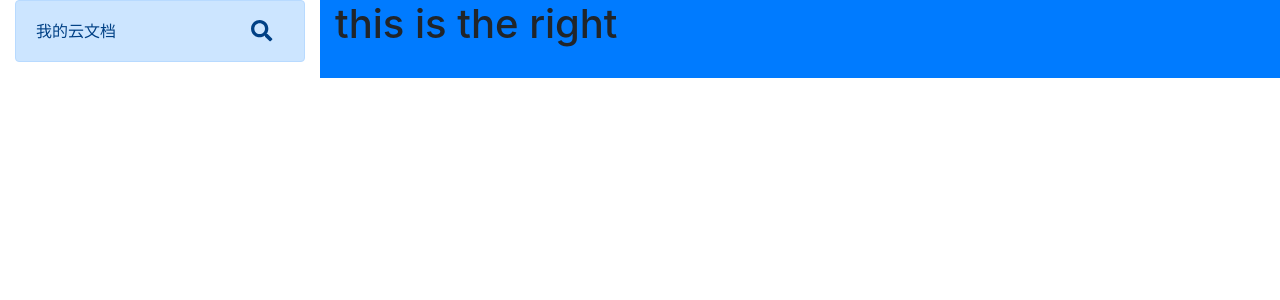
Repository: weijie-he/clould-doc
Page: /
These files come from the project's save history. The page is drawn as it stood at one moment and after the next save; the edit follows.
The browser window is 1280 px wide. The pictures show the whole page.
The project was rebuilt for these pictures with package versions that can differ from the ones it lists, and the page was loaded fresh each time.

Above is the page before, as saved 2020-09-30 13:47:39.

After the next save:
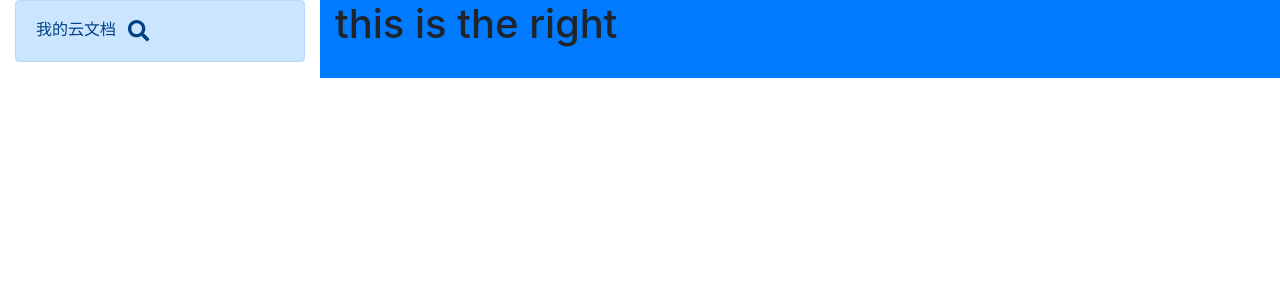
Saved 2 min 44 s later.
--- a/src/components/FileSearch.js
+++ b/src/components/FileSearch.js
@@ -45,9 +45,9 @@
 
 
     return(
-        <Alert variant={'primary'}>
+        <Alert variant={'primary'} className="d-flex justify-content-between align-items-center">
             { !inputActive &&
-                <div className="d-flex justify-content-between align-items-center">
+                <div>
                     <span>{title}</span>
                     <Button
                     className={"icon-button"}

After the 2 saves that followed:
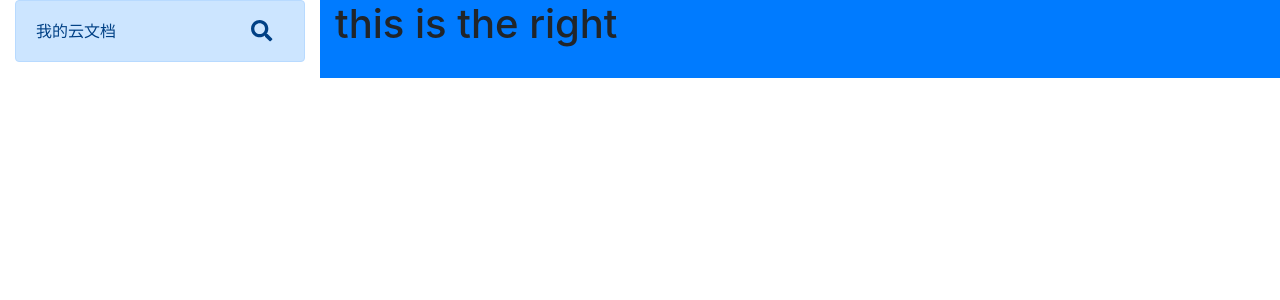
The 2 saves are shown as one change because they came seconds apart.
The last was saved 7 s later.
--- a/src/components/FileSearch.js
+++ b/src/components/FileSearch.js
@@ -47,7 +47,7 @@
     return(
         <Alert variant={'primary'} className="d-flex justify-content-between align-items-center">
             { !inputActive &&
-                <div>
+                <>
                     <span>{title}</span>
                     <Button
                     className={"icon-button"}
@@ -58,7 +58,7 @@
                         size={"lg"}
                         />
                     </Button>
-                </div>
+                </>
             }
             { inputActive &&
                 <div className="d-flex justify-content-between align-items-center">
